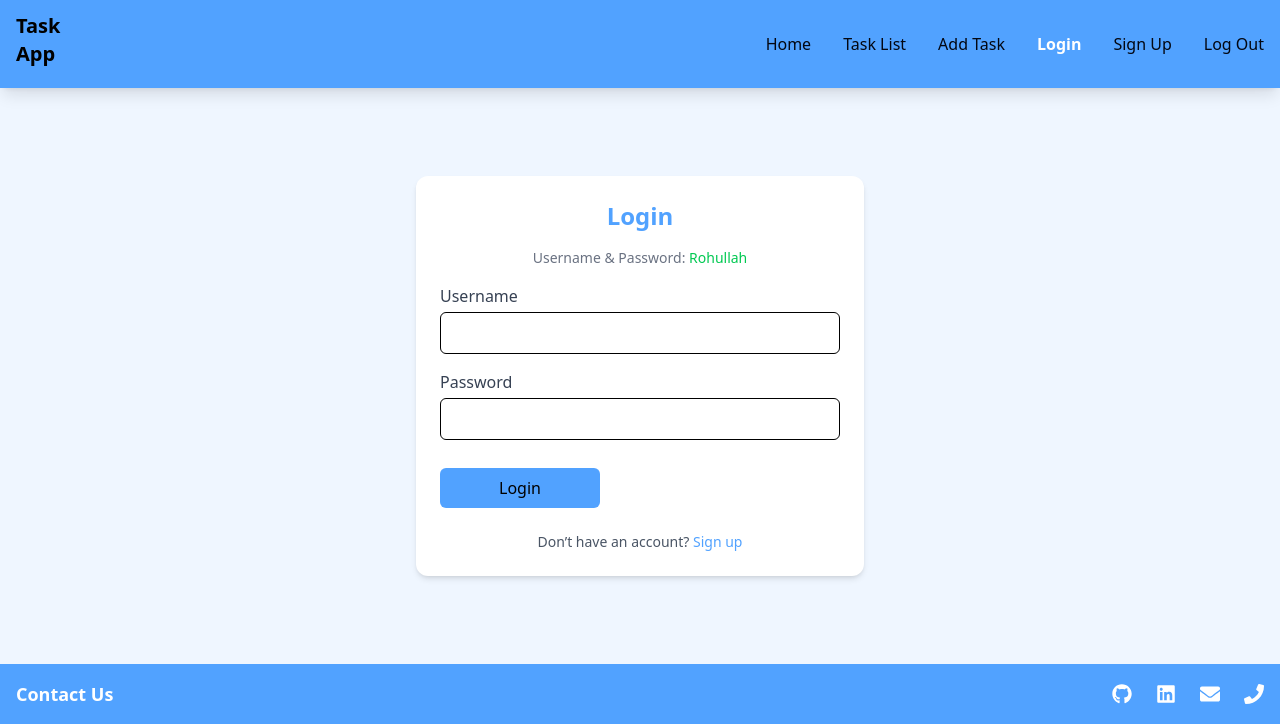
Repository: Rohullah-Noori/TaskApp
Page: /logout
The author's editor kept a copy of each file at every save. The page is drawn from the files as they stood at one save, then again after the next save.
The browser window is 1280 px wide. The pictures show the whole page.
The project was rebuilt for these pictures with package versions that can differ from the ones it lists, and the page was loaded fresh each time. Also part of the build but not shown: vite.config.js, src/components/PrivateRoute.jsx, src/pages/Landing.jsx, src/pages/Home.jsx, src/pages/Signup.jsx, src/pages/Addtask.jsx, src/pages/Edittask.jsx, src/pages/Errorpage.jsx.

Above is the page before, as saved 2025-06-23 10:53:29.

### src/index.css
@import "tailwindcss";

.input {
  @apply border-3 border-blue-200 focus:outline-blue-500 w-full rounded-md p-1;
}

.containerForm {
  @apply flex items-center justify-center  p-10 h-[90%] bg-blue-100 flex-grow overflow-y-auto;
}
.parentContainerForm {
  @apply max-w-md bg-white p-8 rounded-lg shadow-lg w-[90%];
}

.heading {
  @apply text-xl sm:text-2xl md:text-3xl font-bold mb-6 text-gray-800 text-center p-1 md:p-4;
}

.taskContainer {
  @apply bg-blue-100 lg:h-full min-h-107 justify-center flex;
}
.taskinnerContainer {
  @apply mt-10 text-center h-[90%]  shadow-lg bg-amber-50  rounded-xl p-10  max-w-md w-full;
}

.btndesign {
  @apply mt-3 cursor-pointer rounded-md py-2 mb-2 w-[50%] text-wrap sm:w-40 bg-blue-400  hover:bg-blue-500 hover:text-white;
}

### src/App.jsx
import { TasksProvider } from "./components/TaskContext";
import { BrowserRouter as Router, Routes, Route } from "react-router-dom";
import PrivateRoute from "./components/PrivateRoute";
import { AuthProvider } from "./components/PrivateContext";
import Landing from "./pages/Landing";
import Home from "./pages/Home";
import Login from "./pages/Login";
import Signup from "./pages/Signup";
import Addtask from "./pages/Addtask";
import Edittask from "./pages/Edittask";
import Errorpage from "./pages/Errorpage";
import Logout from "./pages/Logout";

function App() {
  return (
    <>
      <Router>
        <AuthProvider>
          <TasksProvider>
            <Routes>
              <Route path="/" element={<PrivateRoute />}>
                <Route index element={<Landing />} />
                <Route path="/addtask" element={<Addtask />} />
                <Route path="/home" element={<Home />} />
                <Route path="/edit-task/:taskId" element={<Edittask />} />
              </Route>

              <Route path="/login" element={<Login />} />

              <Route path="/signup" element={<Signup />} />
              <Route path="/logout" element={<Logout />} />

              <Route path="/*" element={<Errorpage />} />
            </Routes>
          </TasksProvider>
        </AuthProvider>
      </Router>
    </>
  );
}

export default App;

### src/components/TaskContext.jsx
import { createContext, useContext, useState } from "react";

const TaskContext = createContext();
export const TasksProvider = ({ children }) => {
  const [tasks, setTasks] = useState([]);
  const [loading, setIsloading] = useState(false);
  const addtask = (newtask) => {
    setTasks((prevtask) => [...prevtask, newtask]);
  };

  const updateTask = (taskId, taskdata) => {
    setTasks((prevtask) =>
      prevtask.map((task) =>
        task.id === Number(taskId)
          ? {
              ...task,
              title: taskdata.title,
              startTime: taskdata.startTime,
              endTime: taskdata.endTime,
            }
          : task
      )
    );
  };

  return (
    <TaskContext.Provider
      value={{
        tasks,
        addtask,
        setTasks,
        loading,
        setIsloading,
        updateTask,
      }}
    >
      {children}
    </TaskContext.Provider>
  );
};

export const useTasks = () => useContext(TaskContext);

### src/components/PrivateContext.jsx
import { createContext, useContext, useEffect, useState } from "react";
import { useNavigate } from "react-router-dom";

const AuthContext = createContext();
export const AuthProvider = ({ children }) => {
  const [islogin, setIslogin] = useState(() => {
    return localStorage.getItem("islogin") === "true" ? true : false;
  });
  const navigate = useNavigate();

  useEffect(
    function () {
      localStorage.setItem("islogin", JSON.stringify(islogin));
    },

    [islogin]
  );

  const login = () => {
    setIslogin(true);
    navigate("/");
  };

  const logout = () => {
    setIslogin(false);
    navigate("/login");
  };

  return (
    <AuthContext.Provider value={{ login, logout, islogin }}>
      {children}
    </AuthContext.Provider>
  );
};

export const useAuth = () => useContext(AuthContext);

### src/pages/Login.jsx
import Navbar from "../components/Navbar";
import { useState } from "react";
import { Link } from "react-router-dom";
import Loader from "../components/Loader";
import Button from "../components/Button";
import { useAuth } from "../components/PrivateContext";
import Footer from "../components/Footer";

function Login() {
  const [message, setMessage] = useState("");
  const [loading, setIsloading] = useState(false);
  const [password, setPassword] = useState("");
  const [username, setUsername] = useState("");
  const { login } = useAuth();

  const validUsername = "Rohullah";
  const validPassword = "Rohullah";

  function handleSubmit(e) {
    e.preventDefault();
    setIsloading(true);
    setMessage("");

    if (username === validUsername && password === validPassword) {
      setTimeout(() => {
        setIsloading(false);
        setMessage("Login successfully");
        login();
      }, 1000);
    } else {
      setTimeout(() => {
        setMessage("Invalid username or password");
        setIsloading(false);
      }, 700);
    }
  }

  return (
    <>
      <Navbar />
      <main className="min-h-[80vh] flex justify-center items-center bg-blue-50 px-4">
        <div className="w-full max-w-md bg-white rounded-xl shadow-md p-6">
          <h2 className="text-2xl font-bold text-center text-blue-400 mb-4">
            Login
          </h2>

          <p className="text-sm text-gray-500 text-center mb-4">
            Username & Password:{" "}
            <span className="text-green-500 font-medium">Rohullah</span>
          </p>

          {loading && <Loader />}
          {message && (
            <div
              className={`text-sm px-4 py-2 rounded-md border mb-4 ${
                message === "Login successfully"
                  ? "bg-green-100 text-green-700 border-green-400"
                  : "bg-red-100 text-red-700 border-red-400"
              }`}
            >
              {message}
            </div>
          )}

          <form onSubmit={handleSubmit} className="space-y-4">
            <div>
              <label
                htmlFor="username"
                className="block text-gray-700 font-medium mb-1"
              >
                Username
              </label>
              <input
                type="text"
                id="username"
                value={username}
                onChange={(e) => setUsername(e.target.value)}
                className="w-full px-4 py-2 border rounded-md focus:outline-none focus:ring-2 focus:ring-blue-400"
              />
            </div>

            <div>
              <label
                htmlFor="password"
                className="block text-gray-700 font-medium mb-1"
              >
                Password
              </label>
              <input
                type="password"
                id="password"
                value={password}
                onChange={(e) => setPassword(e.target.value)}
                className="w-full px-4 py-2 border rounded-md focus:outline-none focus:ring-2 focus:ring-blue-400"
              />
            </div>

            <Button type="submit" className="w-full">
              Login
            </Button>
          </form>

          <p className="mt-4 text-center text-sm text-gray-600">
            Don’t have an account?{" "}
            <Link to="/signup" className="text-blue-400 hover:underline">
              Sign up
            </Link>
          </p>
        </div>
      </main>
      <Footer />
    </>
  );
}

export default Login;

### src/pages/Logout.jsx
import { useEffect, useState } from "react";
// import { useNavigate } from "react-router-dom";
import Loader from "../components/Loader";
import { useAuth } from "../components/PrivateContext";

function Logout() {
  // const navigate = useNavigate();
  const [loading, setIsloading] = useState(false);
  const { logout } = useAuth();
  useEffect(
    function () {
      setIsloading(true);
      setTimeout(() => {
        setIsloading(false);
        // navigate("/login");
        logout();
      }, 1000);
    },
    [logout]
  );
  return <div>{loading && <Loader />}</div>;
}

export default Logout;

### src/components/Button.jsx
function Button({ children, onClick, disabled }) {
  return (
    <button onClick={onClick} disabled={disabled} className="btndesign">
      {children}
    </button>
  );
}

export default Button;

### src/components/Navbar.jsx
import { Link, useLocation } from "react-router-dom";
import { useState } from "react";

const navItems = [
  { path: "/", label: "Home" },
  { path: "/home", label: "Task List" },
  { path: "/addtask", label: "Add Task" },

  { path: "/login", label: "Login" },
  { path: "/signup", label: "Sign Up" },
  { path: "/logout", label: "Log Out" },
];

function Navbar() {
  const location = useLocation();
  const [open, setOpen] = useState(false);

  const toggleMenu = () => setOpen(!open);

  return (
    <nav className="bg-blue-400 shadow-lg sticky top-0 z-50">
      <div className="flex items-center justify-between px-4 py-3">
        <div className="w-16 h-16">
          <h1 className="text-black sm:font-bold sm:text-xl text-lg">
            Task App
          </h1>
        </div>

        <div className="lg:hidden">
          <button
            onClick={toggleMenu}
            className="text-white focus:outline-none"
          >
            <svg
              xmlns="http://www.w3.org/2000/svg"
              className="w-6 h-6"
              fill="none"
              viewBox="0 0 24 24"
              stroke="currentColor"
            >
              <path
                strokeLinecap="round"
                strokeLinejoin="round"
                strokeWidth="2"
                d="M4 6h16M4 12h16M4 18h16"
              />
            </svg>
          </button>
        </div>

        <ul className="hidden lg:flex space-x-8">
          {navItems.map((item) => (
            <li key={item.path}>
              <Link
                to={item.path}
                className={`transition duration-200 hover:text-amber-50 ${
                  location.pathname === item.path
                    ? "text-white font-bold"
                    : "text-gray-950"
                }`}
              >
                {item.label}
              </Link>
            </li>
          ))}
        </ul>
      </div>

      {open && (
        <div className="lg:hidden px-4 pb-4">
          <ul className="flex flex-col space-y-3 bg-blue-400 rounded-md py-2 px-3">
            {navItems.map((item) => (
              <li key={item.path}>
                <Link
                  to={item.path}
                  onClick={() => setOpen(false)}
                  className={`block w-full transition duration-200 hover:text-amber-50 ${
                    location.pathname === item.path
                      ? "text-white font-bold"
                      : "text-gray-950"
                  }`}
                >
                  {item.label}
                </Link>
              </li>
            ))}
          </ul>
        </div>
      )}
    </nav>
  );
}

export default Navbar;

### src/components/Loader.jsx
import { useEffect, useState } from "react";

function Loader({ delay = 2000 }) {
  const [loading, setIsLoading] = useState(true);

  useEffect(() => {
    const timer = setTimeout(() => {
      setIsLoading(false);
    }, delay);

    return () => clearTimeout(timer);
  }, [delay]);

  if (!loading) return null;

  return (
    <div className="fixed inset-0 z-50 flex items-center justify-center backdrop-blur-md bg-white/10">
      <div className="px-8 py-4 rounded-xl bg-white/20 border border-white/30 shadow-lg backdrop-blur-lg">
        <h1 className="font-bold text-3xl text-blue-500">Loading...</h1>
      </div>
    </div>
  );
}

export default Loader;

### src/components/Footer.jsx
import { FaGithub, FaLinkedin, FaEnvelope, FaPhone } from "react-icons/fa";

function Footer() {
  return (
    <footer className="bg-blue-400 text-white py-4 w-full">
      <div className="container mx-auto px-4 flex flex-col md:flex-row items-center justify-between space-y-4 md:space-y-0">
        <h1 className="text-lg font-semibold">Contact Us</h1>

        <div className="flex items-center space-x-6 text-xl">
          <a
            href="https://github.com/Rohullah-Noori"
            target="_blank"
            rel="noopener noreferrer"
            className="hover:text-gray-300 transition"
          >
            <FaGithub />
          </a>
          <a
            href="https://linkedin.com"
            target="_blank"
            rel="noopener noreferrer"
            className="hover:text-gray-300 transition"
          >
            <FaLinkedin />
          </a>
          <a
            href="mailto:rohullah313noori313@gmail.com"
            className="hover:text-gray-300 transition"
          >
            <FaEnvelope />
          </a>
          <a href="tel:+93731142295" className="hover:text-gray-300 transition">
            <FaPhone />
          </a>
        </div>
      </div>
    </footer>
  );
}

export default Footer;

Loaded but not shown: index.html (common file); src/main.jsx (common file)

After the next save:
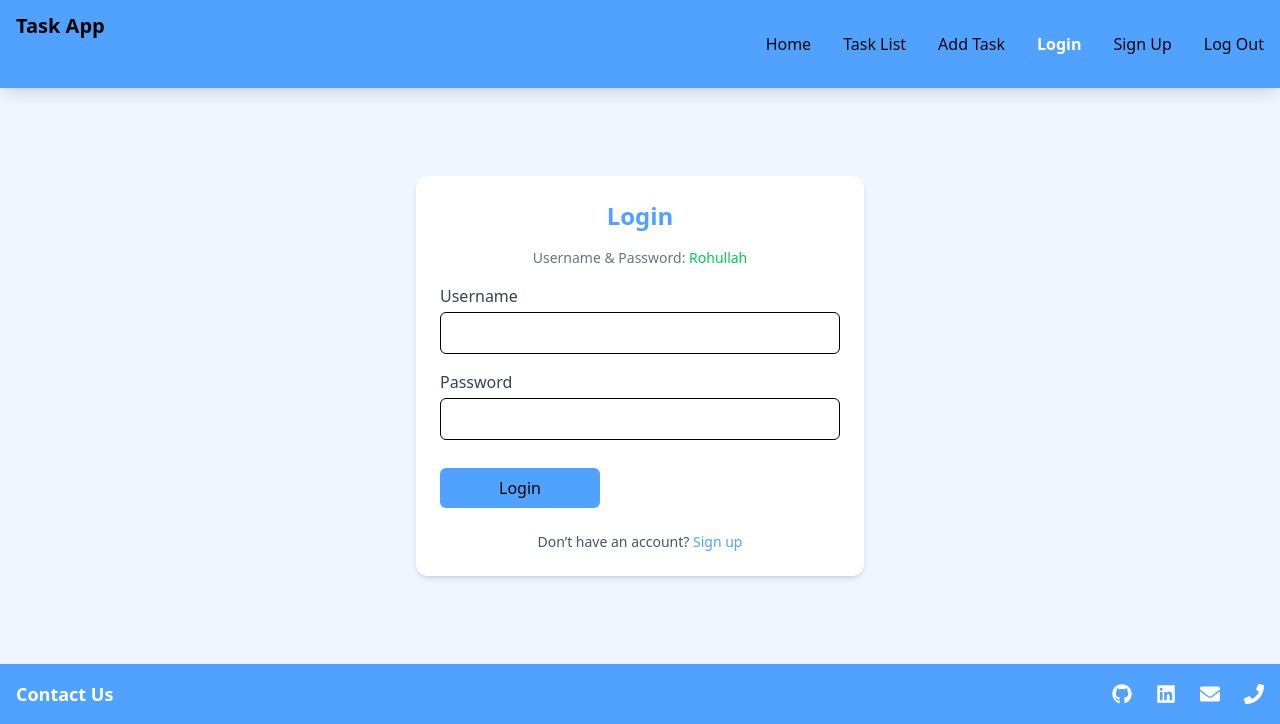
Saved 18 s later.
--- a/src/components/Navbar.jsx
+++ b/src/components/Navbar.jsx
@@ -20,7 +20,7 @@ function Navbar() {
   return (
     <nav className="bg-blue-400 shadow-lg sticky top-0 z-50">
       <div className="flex items-center justify-between px-4 py-3">
-        <div className="w-16 h-16">
+        <div className="min-w-16 min-h-16">
           <h1 className="text-black sm:font-bold sm:text-xl text-lg">
             Task App
           </h1>
